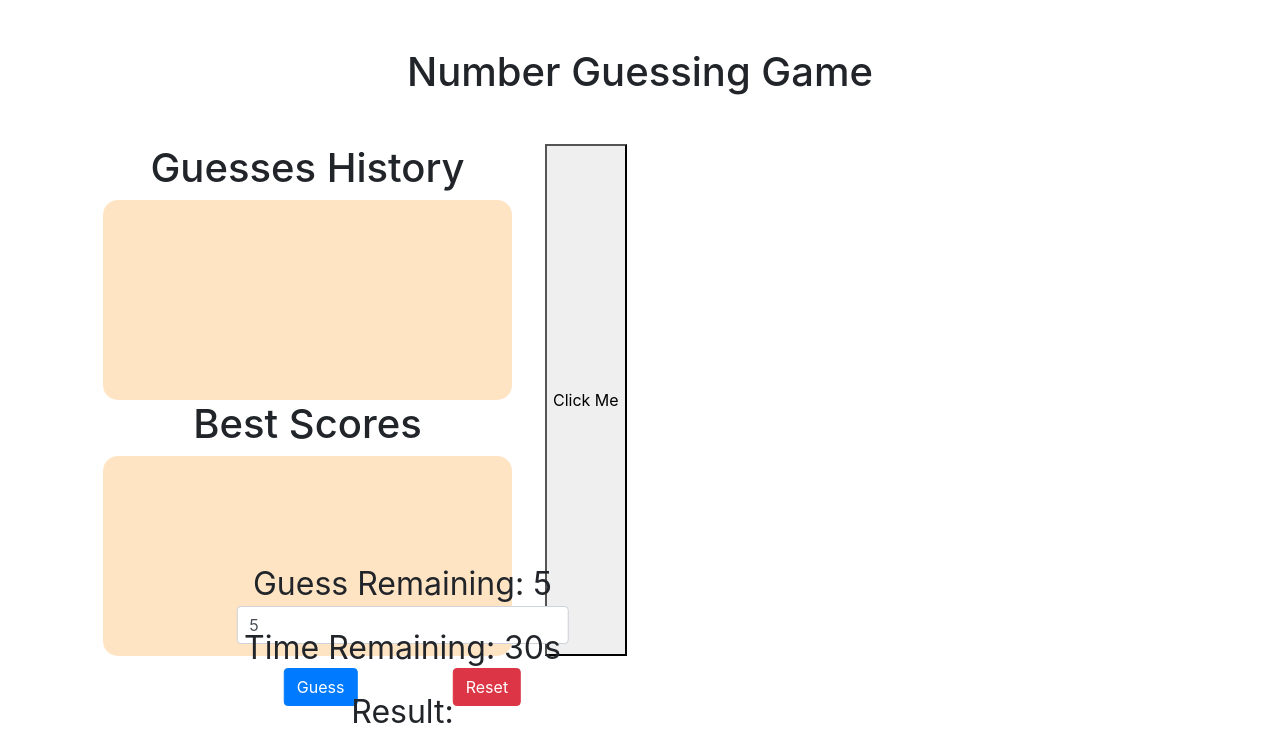
Repository: tts2610/NumberGuessingGame
Page: index.html
These files come from the project's save history. The page is drawn as it stood at one moment and after the next save; the edit follows.
The browser window is 1280 px wide. The pictures show the whole page.
Empty fields were first filled with sample values (such as "Sample", 5 or name@example.com).
After loading, the first visible `button` was clicked once.

Above is the page before, as saved 2020-05-13 12:45:02.
Console error: TypeError: Cannot read properties of null (reading 'style')

### index.html
<!DOCTYPE html>
<html lang="en">

<head>
    <meta charset="UTF-8">
    <meta name="viewport" content="width=device-width, initial-scale=1.0">
    <title>Document</title>
    <link rel="stylesheet" href="https://maxcdn.bootstrapcdn.com/bootstrap/4.4.1/css/bootstrap.min.css">

    <!-- jQuery library -->
    <script src="https://ajax.googleapis.com/ajax/libs/jquery/3.4.1/jquery.min.js"></script>

    <!-- Popper JS -->
    <script src="https://cdnjs.cloudflare.com/ajax/libs/popper.js/1.16.0/umd/popper.min.js"></script>

    <!-- Latest compiled JavaScript -->
    <script src="https://maxcdn.bootstrapcdn.com/bootstrap/4.4.1/js/bootstrap.min.js"></script>
    <link rel="stylesheet" href="css/style.css">

</head>

<body>

    <section class="container py-5 numberGuessingBox">
        <h1 style="text-align: center;" class="mb-5">Number Guessing Game</h1>
        <div class="row">
            <div class="col-5 left_handSide px-5">
                <h1 style="text-align: center;">Guesses History</h1>
                <div class="row box-1"></div>
                <h1 style="text-align: center;">Best Scores</h1>
                <div class="row box-2"></div>
            </div>
            <button onclick="myFunction()">Click Me</button>
            <div class="col-7 right_handSide px-5" id="inputDiv">
                <div class="customForm py-5">
                    <input type="number" class="form-control" id="guess" placeholder="Enter your guess here:">
                    <div class="submitBtn">
                        <button type="button" class="btn btn-primary mt-4">Guess</button>
                        <button type="button" class="btn btn-danger mt-4">Reset</button>
                    </div>

                </div>
                <div class="result">
                    <p>Guess Remaining: 5</p>
                    <p>Time Remaining: 30s</p>
                    <p>Result:</p>
                </div>

            </div>
        </div>
    </section>

    <script src="js/script.js"></script>
</body>

</html>

### css/style.css
.numberGuessingBox .row .left_handSide .box-1 {
    background-color: bisque;
    height: 200px;
    border-radius: 15px;
}

.numberGuessingBox .row .left_handSide .box-2 {
    background-color: bisque;
    height: 200px;
    border-radius: 15px;
}

.numberGuessingBox .row .right_handSide {
    background-color: coral;
    border-radius: 15px;
    width: auto;
}

.numberGuessingBox .row .right_handSide .customForm {
    width: 50%;
    position: absolute;
    top: 30%;
    left: 50%;
    transform: translate(-50%, -50%);
}

.numberGuessingBox .row .right_handSide .result {
    width: 50%;
    position: absolute;
    top: 65%;
    left: 50%;
    transform: translate(-50%, -50%);
    font-size: xx-large;
    text-align: center;
}

.numberGuessingBox .row .right_handSide .customForm .submitBtn {
    display: flex;
    justify-content: space-around;
}

### js/script.js
function myFunction() {
    var x = document.getElementById("myDIV");
    if (x.style.display === "none") {
        x.style.display = "block";
    } else {
        x.style.display = "none";
    }
}

After the next save:
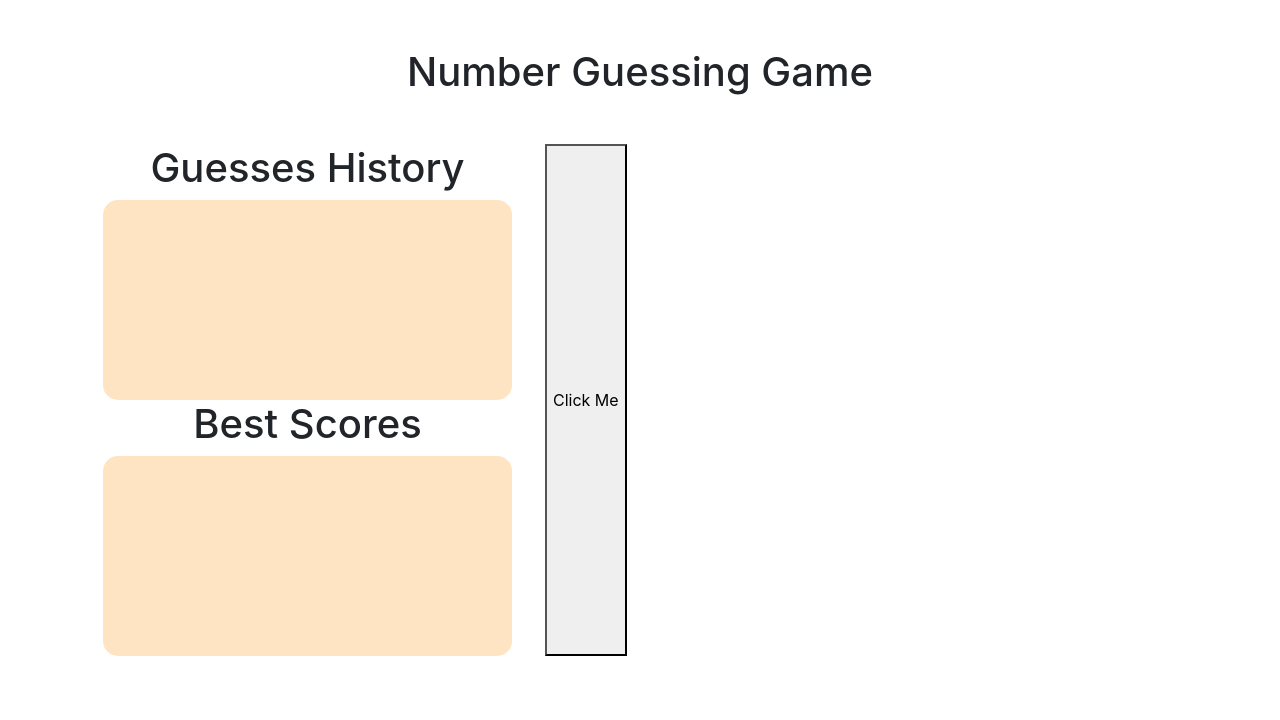
The error is gone.
Saved 6 s later.
--- a/js/script.js
+++ b/js/script.js
@@ -1,5 +1,5 @@
 function myFunction() {
-    var x = document.getElementById("myDIV");
+    var x = document.getElementById("inputDiv");
     if (x.style.display === "none") {
         x.style.display = "block";
     } else {
